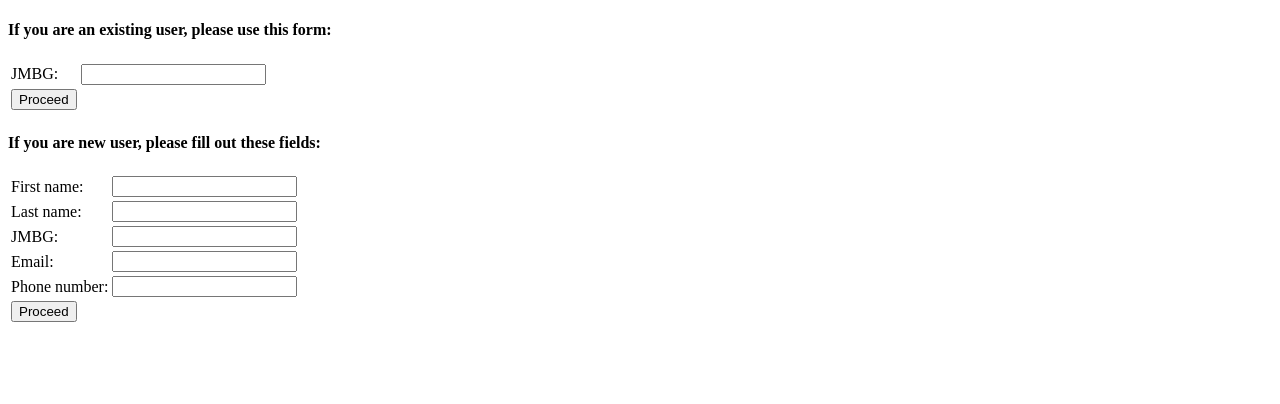
Repository: ThEgIGN/DentalOfficeWebApplication
Page: http://localhost/DentalOfficeWEB/patients/createPatient.jsp
The author's editor kept a copy of each file at every save. The page is drawn from the files as they stood at one save, then again after the next save.
The browser window is 1280 px wide. The pictures show the whole page.
The page is served by Tomcat 9. Nobody is signed in. The application's start-up code is not run. The template is opened directly, without the code that normally fills it, so the values that code supplies are empty.

Above is the page before, as saved 2023-06-16 09:45:02.

After the next save:
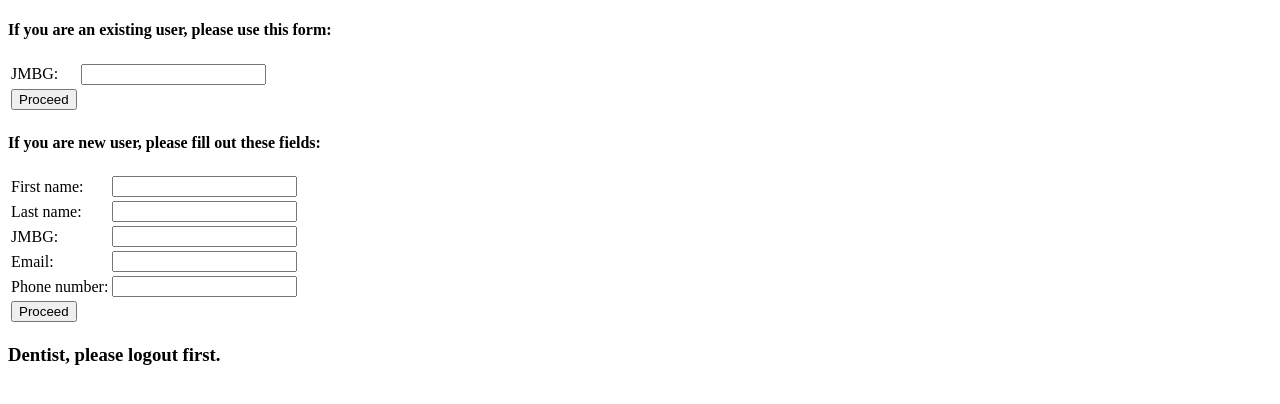
Saved 11 s later.
--- a/DentalOfficeProject/DentalOfficeWEB/src/main/webapp/patients/createPatient.jsp
+++ b/DentalOfficeProject/DentalOfficeWEB/src/main/webapp/patients/createPatient.jsp
@@ -52,6 +52,9 @@
 	</form>
 	<h3>${messageCreatePatient}</h3>
 	</c:when>
+	<c:otherwise>
+			<h3>Dentist, please logout first.</h3>
+		</c:otherwise>
 	</c:choose>
 </body>
 </html>
